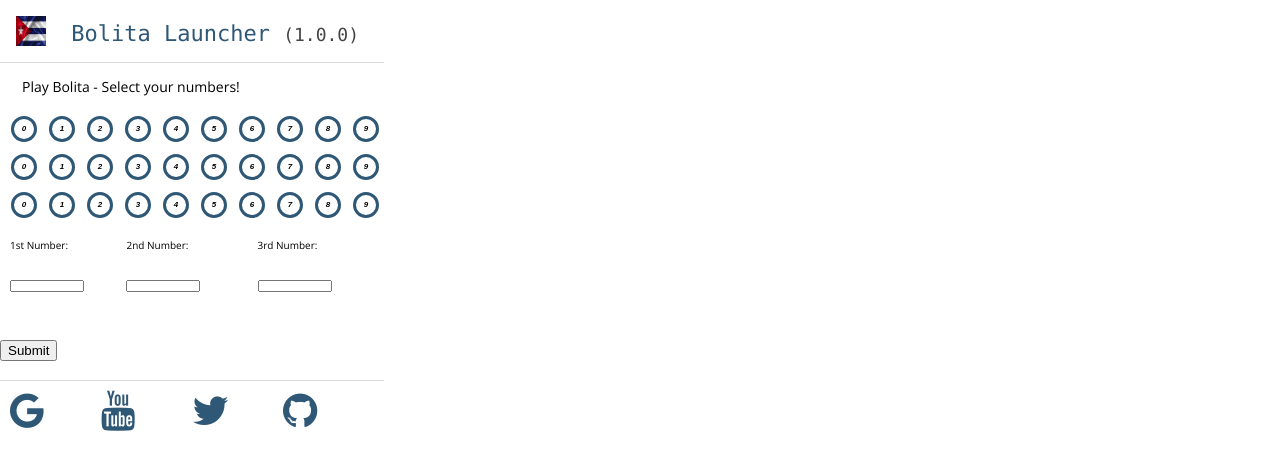
Repository: markymark617/BolitaChromeExtension
Page: popup.html
An editor plug-in stored every save of this project. The page is shown before and after the next save, followed by the edit.
The browser window is 1280 px wide. The pictures show the whole page.

Above is the page before, as saved 2020-09-06 14:47:21.

### popup.html
<!DOCTYPE html>
<html lang="en">
<head>
    <meta charset="UTF-8">
    <meta name="viewport" content="width=device-width, initial-scale=1.0">
    <meta http-equiv="X-UA-Compatible" content="ie=chrome">
    <title>Bolita Launcher</title>
    <link rel="stylesheet" href="https://fonts.googleapis.com/css?family=Open+Sans" type="text/css">
    <link rel="stylesheet" href="popup.css">
    <link href="https://maxcdn.bootstrapcdn.com/font-awesome/4.7.0/css/font-awesome.min.css" rel="stylesheet" integrity="sha384-wvfXpqpZZVQGK6TAh5PVlGOfQNHSoD2xbE+QkPxCAFlNEevoEH3Sl0sibVcOQVnN" crossorigin="anonymous"/>

</head>

<body>
    <div class="modal-header">
        <h1 class="logo">
            <img src="images/bolita_logo.png" alt="Bolita_Launcher_logo" class="logo-icon"> Bolita Launcher <span class="version">(1.0.0)</span>
        </h1>
    </div>
    <div class="modal-content">
        <p>Play Bolita - Select your numbers!</p>
    </div>


    <div class="ball-icons">

        <div class="flex-container paddedDiv firstBet" id="firstRow">

            <button id="first-zero" value='0' class="btnFirstBet">
                <div class="flex circle">
                    <div class="fa-stack fa-2x">
                        <i class="fa fa-stack-2x fa-inverse"></i>
                        <i class="fa-stack-1x fa-stack-text">0</i>
                    </div>
                </div>
            </button>

            <button id="first-one" value='1' class="btnFirstBet">
                <div class="flex circle">
                    <div class="fa-stack fa-2x">
                        <i class="fa fa-stack-2x fa-inverse"></i>
                        <i class="fa-stack-1x fa-stack-text">1</i>
                    </div>
                </div>
            </button>


            <button id="first-two" value='2' class="btnFirstBet">
                <div class="flex circle">
                    <div class="fa-stack fa-2x">
                        <i class="fa fa-stack-2x fa-inverse"></i>
                        <i class="fa-stack-1x fa-stack-text">2</i>
                    </div>
                </div>
            </button>


            <button id="first-three" value='3' class="btnFirstBet">
                <div class="flex circle">
                    <div class="fa-stack fa-2x">
                        <i class="fa fa-stack-2x fa-inverse"></i>
                        <i class="fa-stack-1x fa-stack-text">3</i>
                    </div>
                </div>
            </button>


            <button id="first-four" value='4' class="btnFirstBet">
                <div class="flex circle">
                    <div class="fa-stack fa-2x">
                        <i class="fa fa-stack-2x fa-inverse"></i>
                        <i class="fa-stack-1x fa-stack-text">4</i>
                    </div>
                </div>
            </button>


            <button id="first-five" value='5' class="btnFirstBet">
                <div class="flex circle">
                    <div class="fa-stack fa-2x">
                        <i class="fa fa-stack-2x fa-inverse"></i>
                        <i class="fa-stack-1x fa-stack-text">5</i>
                    </div>
                </div>
            </button>


            <button id="first-six" value='6' class="btnFirstBet">
                <div class="flex circle">
                    <div class="fa-stack fa-2x">
                        <i class="fa fa-stack-2x fa-inverse"></i>
                        <i class="fa-stack-1x fa-stack-text">6</i>
                    </div>
                </div>
            </button>


            <button id="first-seven" value='7' class="btnFirstBet">
                <div class="flex circle">
                    <div class="fa-stack fa-2x">
                        <i class="fa fa-stack-2x fa-inverse"></i>
                        <i class="fa-stack-1x fa-stack-text">7</i>
                    </div>
                </div>
            </button>


            <button id="first-eight" value='8' class="btnFirstBet">
                <div class="flex circle">
                    <div class="fa-stack fa-2x">
                        <i class="fa fa-stack-2x fa-inverse"></i>
                        <i class="fa-stack-1x fa-stack-text">8</i>
                    </div>
                </div>
            </button>


            <button id="first-nine" value='9' class="btnFirstBet">
                    <div class="flex circle">
                        <div class="fa-stack fa-2x">
                                <i class="fa fa-stack-2x fa-inverse"></i>
                                <i class="fa-stack-1x fa-stack-text">9</i>
                        </div>
                    </div>
            </button>

        </div>

<!-- second row-->

        <div class="flex-container paddedDiv secondBet" id="secondRow">

            <button id="second-zero" value='0' class="btnSecondBet">
                <div class="flex circle">
                    <div class="fa-stack fa-2x">
                        <i class="fa fa-stack-2x fa-inverse"></i>
                        <i class="fa-stack-1x fa-stack-text">0</i>
                    </div>
                </div>
            </button>

            <button id="second-one" value='1' class="btnSecondBet">
                <div class="flex circle">
                    <div class="fa-stack fa-2x">
                        <i class="fa fa-stack-2x fa-inverse"></i>
                        <i class="fa-stack-1x fa-stack-text">1</i>
                    </div>
                </div>
            </button>


            <button id="second-two" value='2' class="btnSecondBet">
                <div class="flex circle">
                    <div class="fa-stack fa-2x">
                        <i class="fa fa-stack-2x fa-inverse"></i>
                        <i class="fa-stack-1x fa-stack-text">2</i>
                    </div>
                </div>
            </button>


            <button id="second-three" value='3' class="btnSecondBet">
                <div class="flex circle">
                    <div class="fa-stack fa-2x">
                        <i class="fa fa-stack-2x fa-inverse"></i>
                        <i class="fa-stack-1x fa-stack-text">3</i>
                    </div>
                </div>
            </button>


            <button id="second-four" value='4' class="btnSecondBet">
                <div class="flex circle">
                    <div class="fa-stack fa-2x">
                        <i class="fa fa-stack-2x fa-inverse"></i>
                        <i class="fa-stack-1x fa-stack-text">4</i>
                    </div>
                </div>
            </button>


            <button id="second-five" value='5' class="btnSecondBet">
                <div class="flex circle">
                    <div class="fa-stack fa-2x">
                        <i class="fa fa-stack-2x fa-inverse"></i>
                        <i class="fa-stack-1x fa-stack-text">5</i>
                    </div>
                </div>
            </button>


            <button id="second-six" value='6' class="btnSecondBet">
                <div class="flex circle">
                    <div class="fa-stack fa-2x">
                        <i class="fa fa-stack-2x fa-inverse"></i>
                        <i class="fa-stack-1x fa-stack-text">6</i>
                    </div>
                </div>
            </button>


            <button id="second-seven" value='7' class="btnSecondBet">
                <div class="flex circle">
                    <div class="fa-stack fa-2x">
                        <i class="fa fa-stack-2x fa-inverse"></i>
                        <i class="fa-stack-1x fa-stack-text">7</i>
                    </div>
                </div>
            </button>



            <button id="second-eight" value='8' class="btnSecondBet">
                <div class="flex circle">
                    <div class="fa-stack fa-2x">
                        <i class="fa fa-stack-2x fa-inverse"></i>
                        <i class="fa-stack-1x fa-stack-text">8</i>
                    </div>
                </div>
            </button>


            <button id="second-nine" value='9' class="btnSecondBet">
                    <div class="flex circle">
                        <div class="fa-stack fa-2x">
                                <i class="fa fa-stack-2x fa-inverse"></i>
                                <i class="fa-stack-1x fa-stack-text">9</i>
                        </div>
                    </div>
            </button>

        </div>

<!--Third Row-->

        <div class="flex-container paddedDiv thirdBet" id="thirdRow">

                <button id="third-zero" value='0' class="btnThirdBet">
                    <div class="flex circle">
                        <div class="fa-stack fa-2x">
                            <i class="fa fa-stack-2x fa-inverse"></i>
                            <i class="fa-stack-1x fa-stack-text">0</i>
                        </div>
                    </div>
                </button>

                <button id="third-one" value='1' class="btnThirdBet">
                    <div class="flex circle">
                        <div class="fa-stack fa-2x">
                            <i class="fa fa-stack-2x fa-inverse"></i>
                            <i class="fa-stack-1x fa-stack-text">1</i>
                        </div>
                    </div>
                </button>


                <button id="third-two" value='2' class="btnThirdBet">
                    <div class="flex circle">
                        <div class="fa-stack fa-2x">
                            <i class="fa fa-stack-2x fa-inverse"></i>
                            <i class="fa-stack-1x fa-stack-text">2</i>
                        </div>
                    </div>
                </button>


                <button id="third-three" value='3' class="btnThirdBet">
                    <div class="flex circle">
                        <div class="fa-stack fa-2x">
                            <i class="fa fa-stack-2x fa-inverse"></i>
                            <i class="fa-stack-1x fa-stack-text">3</i>
                        </div>
                    </div>
                </button>


                <button id="third-four" value='4' class="btnThirdBet">
                    <div class="flex circle">
                        <div class="fa-stack fa-2x">
                            <i class="fa fa-stack-2x fa-inverse"></i>
                            <i class="fa-stack-1x fa-stack-text">4</i>
                        </div>
                    </div>
                </button>


                <button id="third-five" value='5' class="btnThirdBet">
                    <div class="flex circle">
                        <div class="fa-stack fa-2x">
                            <i class="fa fa-stack-2x fa-inverse"></i>
                            <i class="fa-stack-1x fa-stack-text">5</i>
                        </div>
                    </div>
                </button>


                <button id="third-six" value='6' class="btnThirdBet">
                    <div class="flex circle">
                        <div class="fa-stack fa-2x">
                            <i class="fa fa-stack-2x fa-inverse"></i>
                            <i class="fa-stack-1x fa-stack-text">6</i>
                        </div>
                    </div>
                </button>


                <button id="third-seven" value='7' class="btnThirdBet">
                    <div class="flex circle">
                        <div class="fa-stack fa-2x">
                            <i class="fa fa-stack-2x fa-inverse"></i>
                            <i class="fa-stack-1x fa-stack-text">7</i>
                        </div>
                    </div>
                </button>



                <button id="third-eight" value='8' class="btnThirdBet">
                    <div class="flex circle">
                        <div class="fa-stack fa-2x">
                            <i class="fa fa-stack-2x fa-inverse"></i>
                            <i class="fa-stack-1x fa-stack-text">8</i>
                        </div>
                    </div>
                </button>


                <button id="third-nine" value='9' class="btnThirdBet">
                        <div class="flex circle">
                            <div class="fa-stack fa-2x">
                                    <i class="fa fa-stack-2x fa-inverse"></i>
                                    <i class="fa-stack-1x fa-stack-text">9</i>
                            </div>
                        </div>
                </button>

            </div>








    </div>




    <div class="modal-output">

            <form action="results.html" method="GET">
                <div class="row">
                    <div class="column-left">
                        <label for="firstBetInput">1st Number:</label><br>
                    </div>
                    <div class="column-center">
                        <label for="secondBetInput">2nd Number:</label>
                    </div>
                    <div class="column-right">
                        <label for="thirdBetInput">3rd Number:</label>
                    </div>

                </div>

                <div class="row">
                    <div class="column-left">
                        <input type="text" id="firstBetInput" name="firstBetInput" readonly="readonly">
                    </div>
                    <div class="column-center">
                        <input type="text" id="secondBetInput" name="secondBetInput" readonly="readonly">
                    </div>
                    <div class="column-right">
                        <input type="text" id="thirdBetInput" name="thirdBetInput" readonly="readonly">
                    </div>
                </div>
                    <br><br>
                    <input type="submit" value="Submit" style="padding: 5x 10px;">
                    <br><br>
            </form>
        </div>

    <div class="modal-icons">
        <div class="flex-container">
            <div class="flex">
                <a href="https://www.google.com" target="_blank">
                    <i class="fa fa-google"></i>
                </a>
            </div>

            <div class="flex">
                <a href="https://www.youtube.com" target="_blank">
                    <i class="fa fa-youtube"></i>
                </a>
            </div>

            <div class="flex">
                <a href="https://www.twitter.com" target="_blank">
                    <i class="fa fa-twitter"></i>
                </a>
            </div>

            <div class="flex">
                <a href="https://www.github.com" target="_blank">
                    <i class="fa fa-github"></i>
                </a>
            </div>
        </div>
    </div>








    <script src="popup.js"></script>
</body>
</html>

### popup.css

    html,
    body {
        font-family : 'Open Sans', sans-serif;
        font-size: 14px;
        margin: 0;
        min-height: 180px;
        padding: 0;
        width: 384px;
    }

    h1 {
        font-family: 'Menlo', monospace;
        font-size: 22px;
        font-weight: 400;
        margin: 0;
        color: #2f5876;
    }

    a:link, a:visited {
        color: #000;
        outline: 0;
        text-decoration: none;
    }

    img {
        width: 30px;

    }

    .modal-header {
        align-items: center;
        border-bottom: 0.5px solid #dadada;
    }

    .modal-content {
        padding: 0 22px;
        align-items: center;
    }

    .modal-icons {
        border-top: 0.5px solid #dadada;
        height: 50px;
        width: 100%;
    }

    .logo {
        padding: 16px;
    }

    .logo-icon {
        vertical-align: text-bottom;
        margin-right: 12px;
    }

    .version {
        color: #444;
        font-size: 18px;
    }

    .flex-container {
        display: flex;
        justify-content: space-between;
        padding: 10px 10px;
    }

    .flex {
        opacity: 1;
        transition: opacity 0.2s ease-in-out;
        width: 120px
    }

    .flex:hover {
        opacity: 0.4;
    }

    .flex .fa {
        font-size: 40px;
        color: #2f5876;
    }

    .fa-stack-text {
        font-size: 8px;
        border:none;
        align-items: center;
        font-weight:bold;
    }

    .circle {
        display: flex;
        border: 3px solid #2f5876;
        border-radius: 100%;
        width: 20px;
        height: 20px;
        justify-content: center;
        align-items: center;

    }

    button {
        background: transparent;
        border:0;
        outline:none;

    }

    .paddedDiv {
        padding: 5px;
    }


      .row {
          padding:10px;
      }

      /* Clear floats after the columns */
      .row:after {
        content: "";
        display: table;
        clear: both;
      }

      input[type="text"] {
        font-size:5px;
    }

    label {
        font-size:10px;
    }

    .column-left{ float: left; width: 32%; }
.column-right{ float: right; width: 32%; }
.column-center{ display: inline-block; width: 32%; }

### popup.js

document.querySelectorAll(".btnFirstBet").forEach(item => {
    item.addEventListener('click', event => {
        //handle click


        document.querySelectorAll(".btnFirstBet").forEach(item => {

                item.classList.remove("active");
                item.style.opacity=1;

        })

        item.style.opacity= 0.4;
        item.classList.add("active");

        //only 1 can be active at any given time

    })
});


document.querySelectorAll(".btnSecondBet").forEach(item => {
    item.addEventListener('click', event => {
        //handle click


        document.querySelectorAll(".btnSecondBet").forEach(item => {

                item.classList.remove("active");
                item.style.opacity=1;

        })

        item.style.opacity= 0.4;
        item.classList.add("active");

        //only 1 can be active at any given time

    })
});


document.querySelectorAll(".btnThirdBet").forEach(item => {
    item.addEventListener('click', event => {
        //handle click


        document.querySelectorAll(".btnThirdBet").forEach(item => {

                item.classList.remove("active");
                item.style.opacity=1;

        })

        item.style.opacity= 0.4;
        item.classList.add("active");

        //only 1 can be active at any given time

    })
});



/*


[document.querySelectorAll(".firstBet"), document.querySelector('.btnFirstBet')].forEach(item => {
    item.addEventListener('click', event => {
        //handle click
        item.style.opacity= 0.4;
        item.addClass("active");
    })
});


var elements = document.getElementsByClassName(".btnFirstBet");

[].forEach.call(elements, function(currElement) {
    currElemen
    currElement.style.opacity= 0.4;
    currElement.classList.add("active");
    console.log(currElement.tagName);
});


document.getElementsByClassName(".btnFirstBet").forEach(item => {
    item.addEventListener('click', event => {
        //handle click
        item.style.opacity= 0.4;
       // element.classList.add("active");
    })
})










var elements = document.querySelectorAll('.btnFirstBet');
for (var i = 0; i < elements.length; i++) {
    elements[i].classList.remove("active");
    elements[i].onclick = function (event) {
        console.log("ONCLICK");
        //remove all active class
        removeClass();
        if (event.elements[i].innerHTML === this.innerHTML) {
            console.log("IN IF");
            this.classList.add("active");
        }
    }
}

function removeClass(){
  for (var i = 0; i < elements.length; i++) {
    elements[i].classList.remove("active");
  }
}








*/

After the next save:
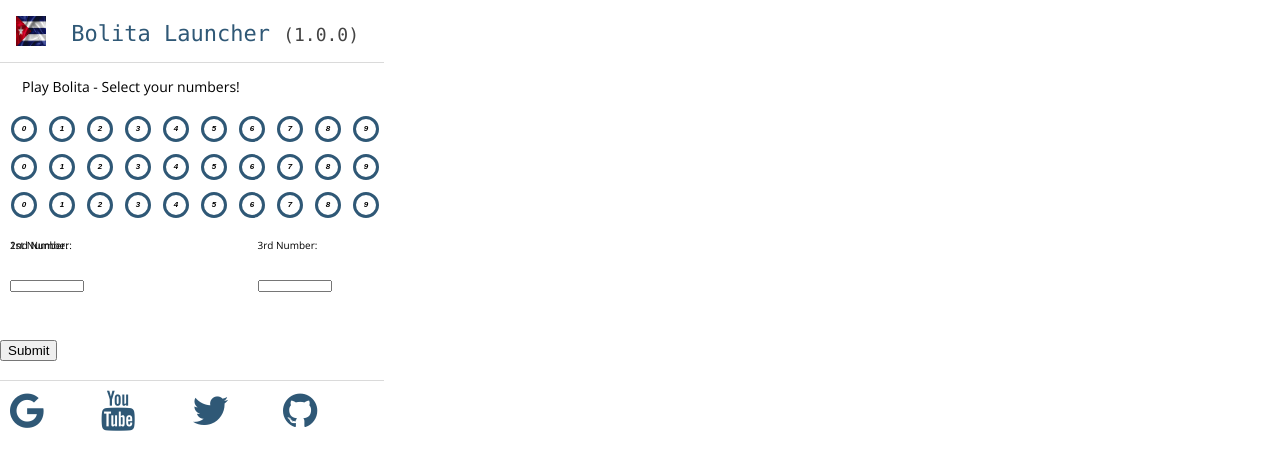
Saved 60 s later.
--- a/popup.css
+++ b/popup.css
@@ -128,6 +128,6 @@
         font-size:10px;
     }
 
-    .column-left{ float: left; width: 32%; }
+    .column-left{ float: left; width: 32%; height:0px;}
 .column-right{ float: right; width: 32%; }
 .column-center{ display: inline-block; width: 32%; }

After the save that followed:
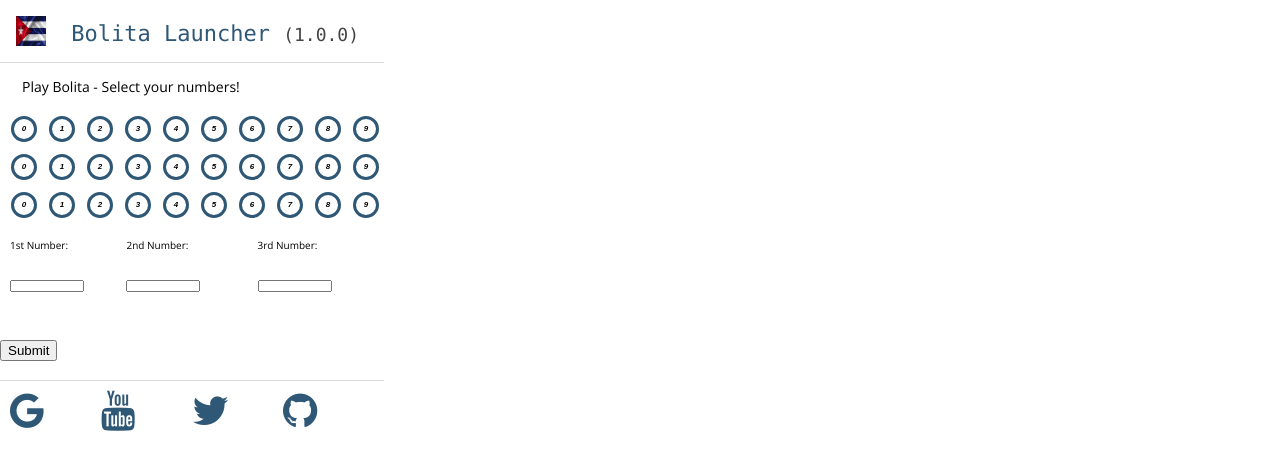
Saved 9 s later.
--- a/popup.css
+++ b/popup.css
@@ -128,6 +128,6 @@
         font-size:10px;
     }
 
-    .column-left{ float: left; width: 32%; height:0px;}
+    .column-left{ float: left; width: 32%; }
 .column-right{ float: right; width: 32%; }
 .column-center{ display: inline-block; width: 32%; }
